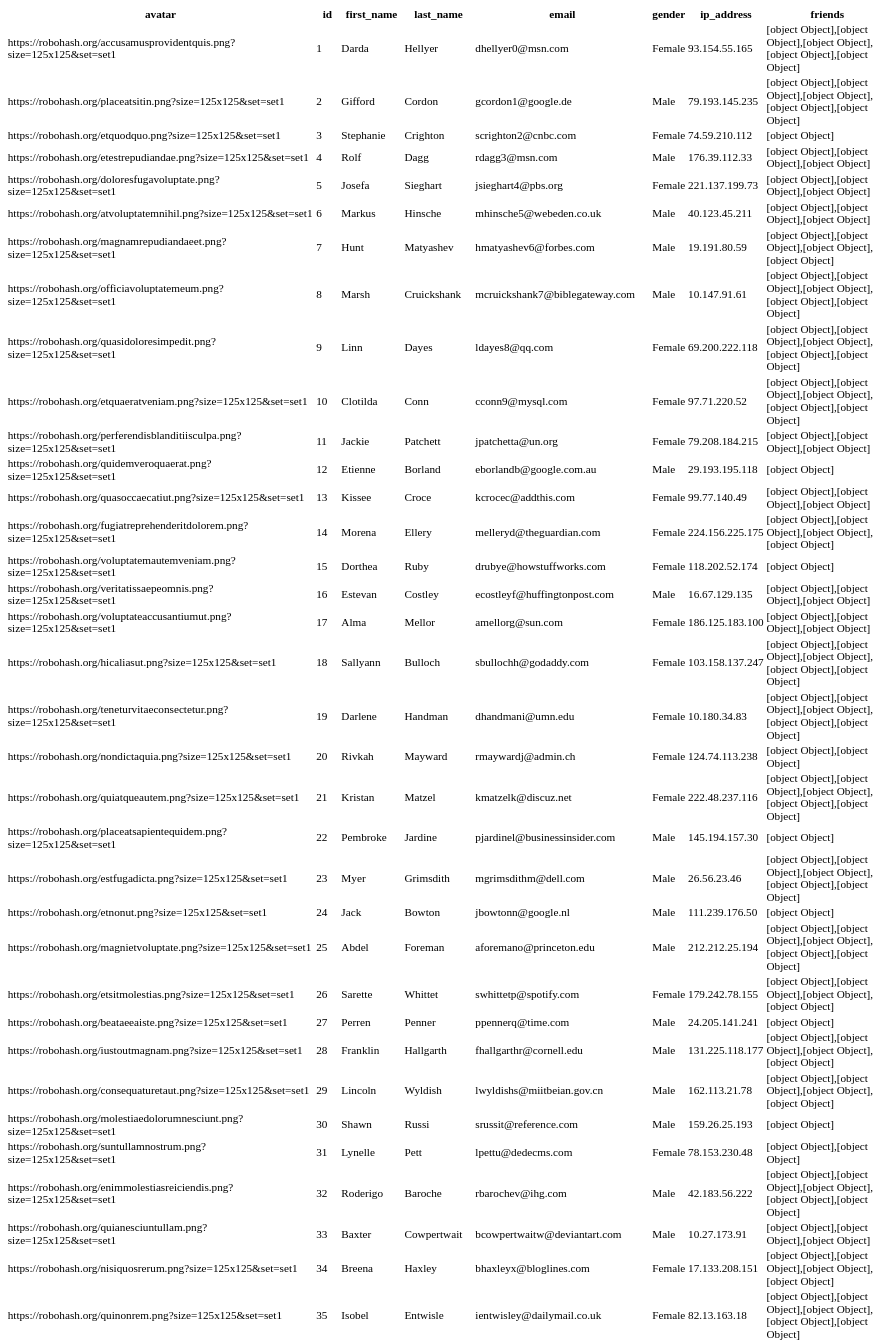
Repository: GeryZlatev/myTable
Page: index.html
An editor plug-in stored every save of this project. The page is shown before and after the next save, followed by the edit.
The browser window is 1280 px wide. The pictures show the part of the page from y = 0 to 1920 px (the page is 49148 px tall before and 3292 px after), at 70% of full size.

Above is the page before, as saved 2021-01-05 14:19:10.

After the next save:
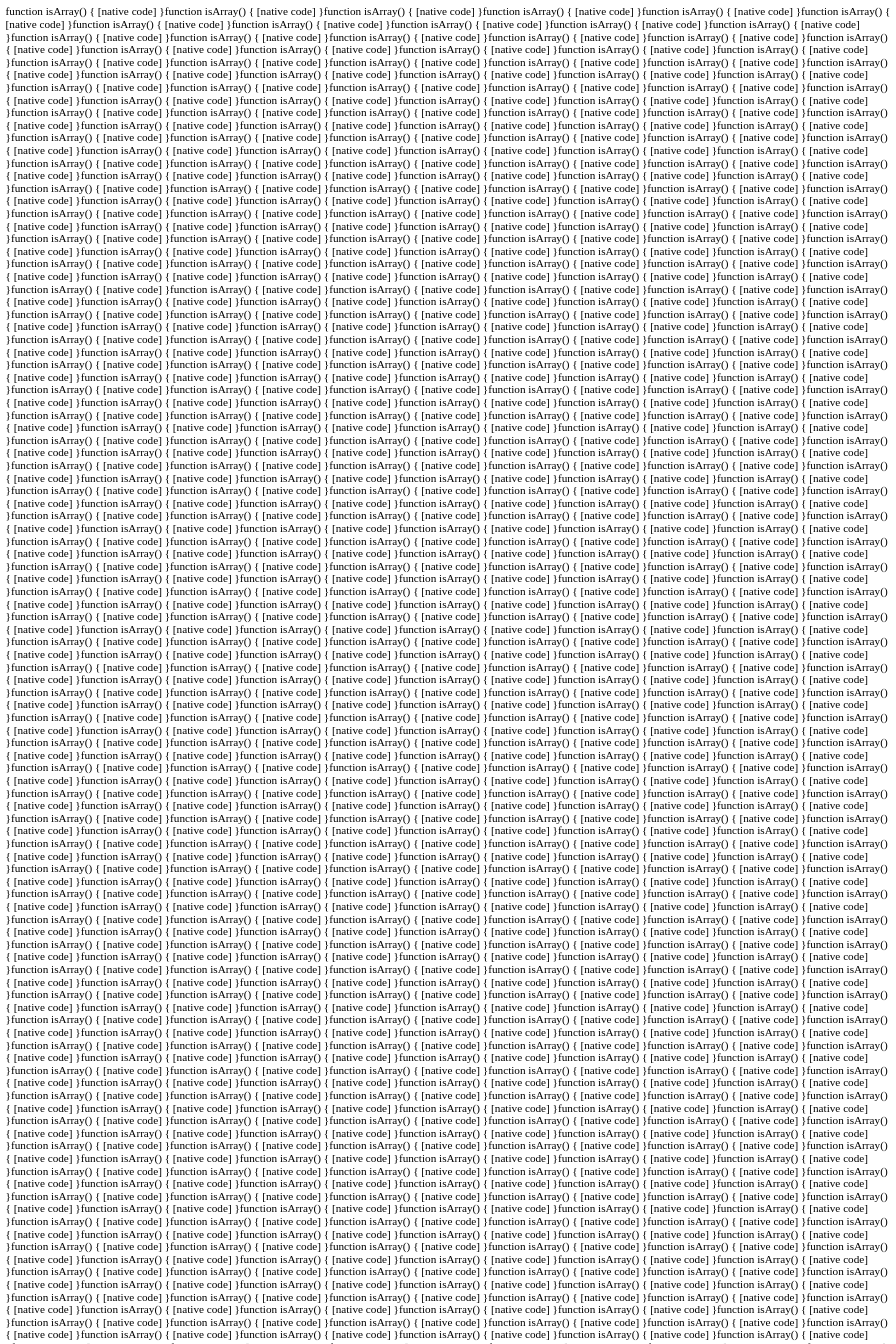
Saved 2 min 9 s later.
--- a/app.js
+++ b/app.js
@@ -5,7 +5,7 @@ import { MOCK } from './MOCK_DATA.js';
     let result = "";
 
     function createTag(tag, content) {
-        return `<${tag}>${content}</${tag}>`;
+        return `<${tag}>${Array.isArray}</${tag}>`;
     }
 
     result += '<table>';
